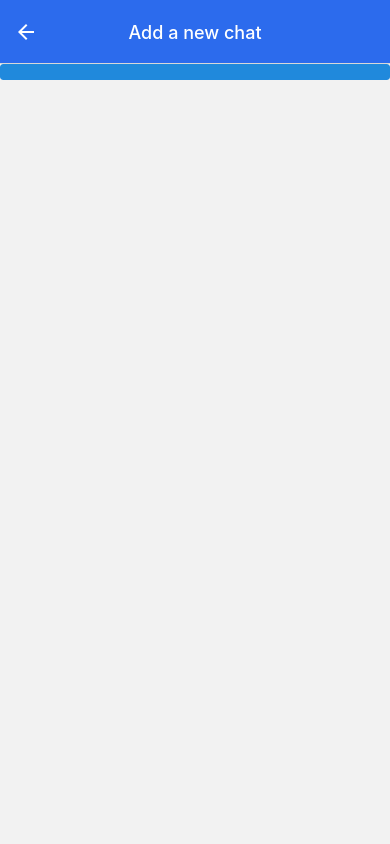
Repository: TheBoringBOT/signal-clone-reactnative-learn
Screen: /AddChat
These files come from the project's save history. The screen is drawn as it stood at one moment and after the next save; the edit follows.
The app was drawn by React Native's web renderer in a window 390 px wide. The project was rebuilt for these pictures with package versions that can differ from the ones it lists, and the page was loaded fresh each time. Also part of the build but not shown: screens/RegisterScreen.js, components/CustomListItem.js, screens/HomeScreen.js.

Above is the screen before, as saved 2022-01-24 15:23:33.

After the next save:
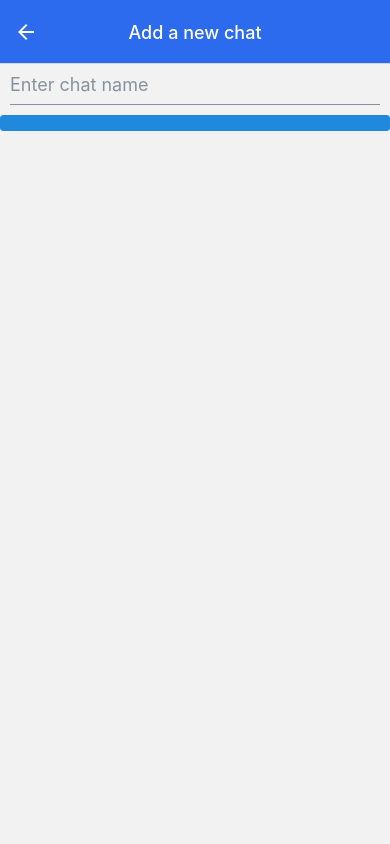
Saved 32 s later.
--- a/screens/AddChatScreen.js
+++ b/screens/AddChatScreen.js
@@ -12,6 +12,7 @@ const AddChatScreen = ({ navigation }) => {
 
   return (
     <View style={styles.container}>
+      <Input placeholder="Enter chat name" />
       <Button />
       <Text></Text>
     </View>
